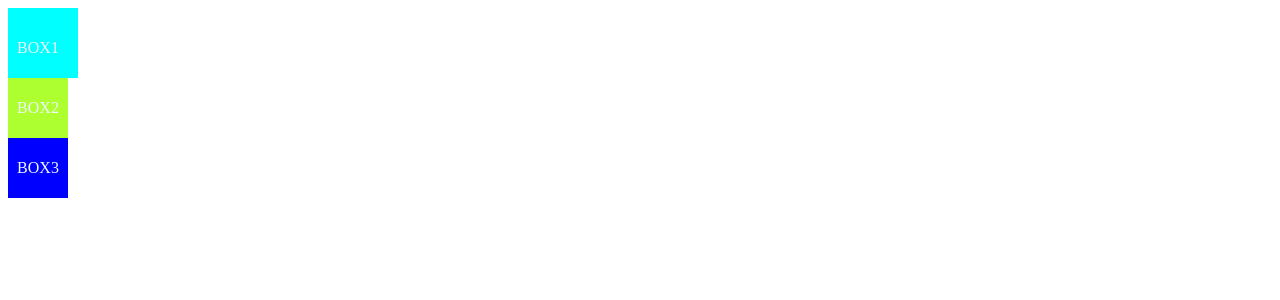
Repository: Ducspdn/WeTheBandF8
Page: html_learn_f8/index3.html
The author's editor kept a copy of each file at every save. The page is drawn from the files as they stood at one save, then again after the next save.
The browser window is 1280 px wide. The pictures show the whole page.

Above is the page before, as saved 2023-01-14 10:03:15.

After the next save:
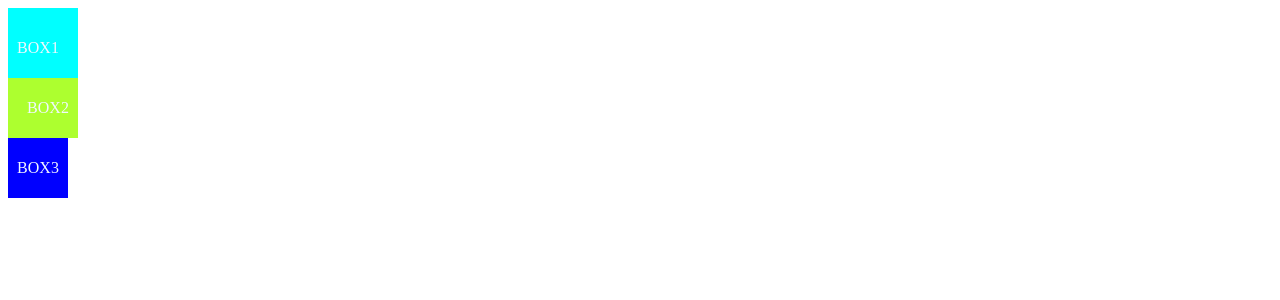
Saved 30 s later.
--- a/html_learn_f8/index3.html
+++ b/html_learn_f8/index3.html
@@ -23,6 +23,7 @@
     }
     .BOX2{
         background-color: greenyellow ;
+        padding-inline-start: 10px;
     }
     .BOX3{
         background-color: blue;
